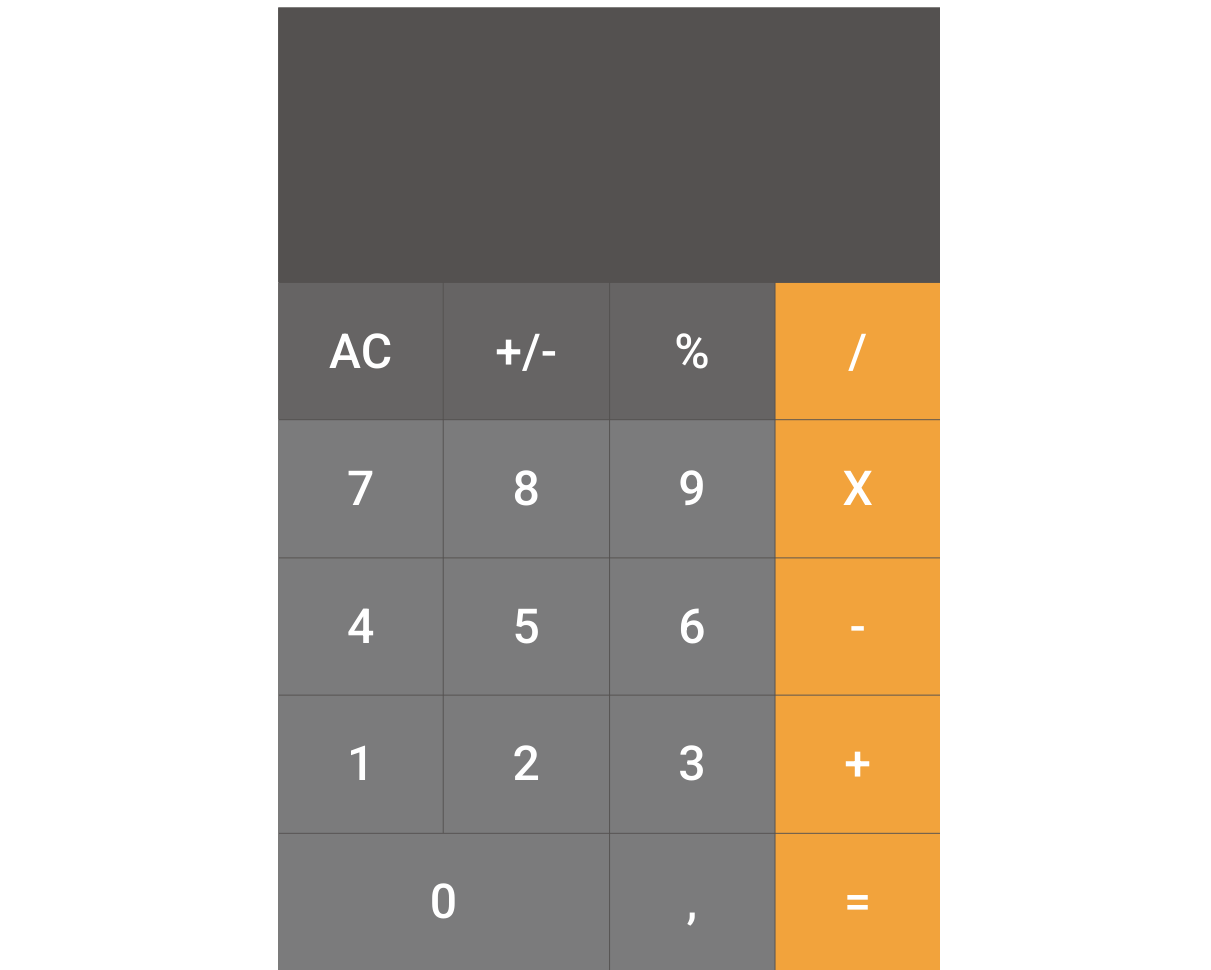
Repository: maciekto/calculatorOOP
Page: index.html
The author's editor kept a copy of each file at every save. The page is drawn from the files as they stood at one save, then again after the next save.
The browser window is 1280 px wide. The page is 1288 px wide, so the pictures cover 1288 px, including what lies to the right of the window. The pictures show the whole page, at 94% of full size.

Above is the page before, as saved 2022-06-19 19:01:33.

### index.html
<!DOCTYPE html>
<html lang="en">
<head>
    <meta charset="UTF-8">
    <meta http-equiv="X-UA-Compatible" content="IE=edge">
    <meta name="viewport" content="width=device-width, initial-scale=1.0">
    <title>Document</title>
    <link rel="stylesheet" href="css.css">


</head>
<body>
    <main>
        <div class="Calc">
            <div class="Calc__result"></div>

            <div class="Calc__reset">
                AC
            </div>
            <div class="Calc__opposite">
                +/-
            </div>
            <div class="Calc__percentages">
                %
            </div>
            <div class="Calc__divide">
                /
            </div>

            <div class="Calc__7">7</div>
            <div class="Calc__8">8</div>
            <div class="Calc__9">9</div>
            <div class="Calc__multiply">
                X
            </div>

            <div class="Calc__4">4</div>
            <div class="Calc__5">5</div>
            <div class="Calc__6">6</div>
            <div class="Calc__substraction">
                -
            </div>

            <div class="Calc__1">1</div>
            <div class="Calc__2">2</div>
            <div class="Calc__3">3</div>
            <div class="Calc__addition">
                +
            </div>

            <div class="Calc__0">0</div>
            <div class="Calc__comma">,</div>
            <div class="Calc__isequal">
                =
            </div>

        </div>
    </main>

    <script src="js.js"></script>
</body>
</html>

### css.css
@import url('https://fonts.googleapis.com/css2?family=Roboto:wght@400;500;700&display=swap');

* {
    font-family: 'Roboto', sans-serif;
    font-weight: 500;
    box-sizing: border-box;
}

main {
    width: 100vw;
    height: 100vh;
    display: grid;
    place-items: center;
}

.Calc {
    max-width: 60vw;
    width: 55vw;
    height: 80vw;
    background: #545150;
    color: white;
    display: grid;
    grid-template-columns: repeat(4, 1fr);
    grid-template-rows: repeat(7, 1fr);
    grid-template-areas:
    "result result result result"
    "result result result result"
    "reset opposite percentages divide"
    "seven eight nine multiply"
    "four five six substraction"
    "one two three addition"
    "zero zero comma isequal"
    ;
    grid-gap: 1px;
    font-size: 4vw;
}
.Calc div {
    display: grid;
    place-items: center;
    background: #7b7b7c;
}
.Calc__result {
    grid-area: result;
    background: #545150 !important;
}
.Calc__reset {
    background: #666464 !important;
}
.Calc__opposite {
    background: #666464 !important;
}
.Calc__percentages {
    background: #666464 !important;
}
.Calc__divide {
    background: #f2a33c !important;
}
.Calc__multiply {
    background: #f2a33c !important;
}
.Calc__substraction {
    background: #f2a33c !important;
}
.Calc__addition {
    background: #f2a33c !important;
}
.Calc__isequal {
    background: #f2a33c !important;
}


.Calc__0 {
    grid-area: zero;
}

### js.js
console.log('siemano')

After the next save:
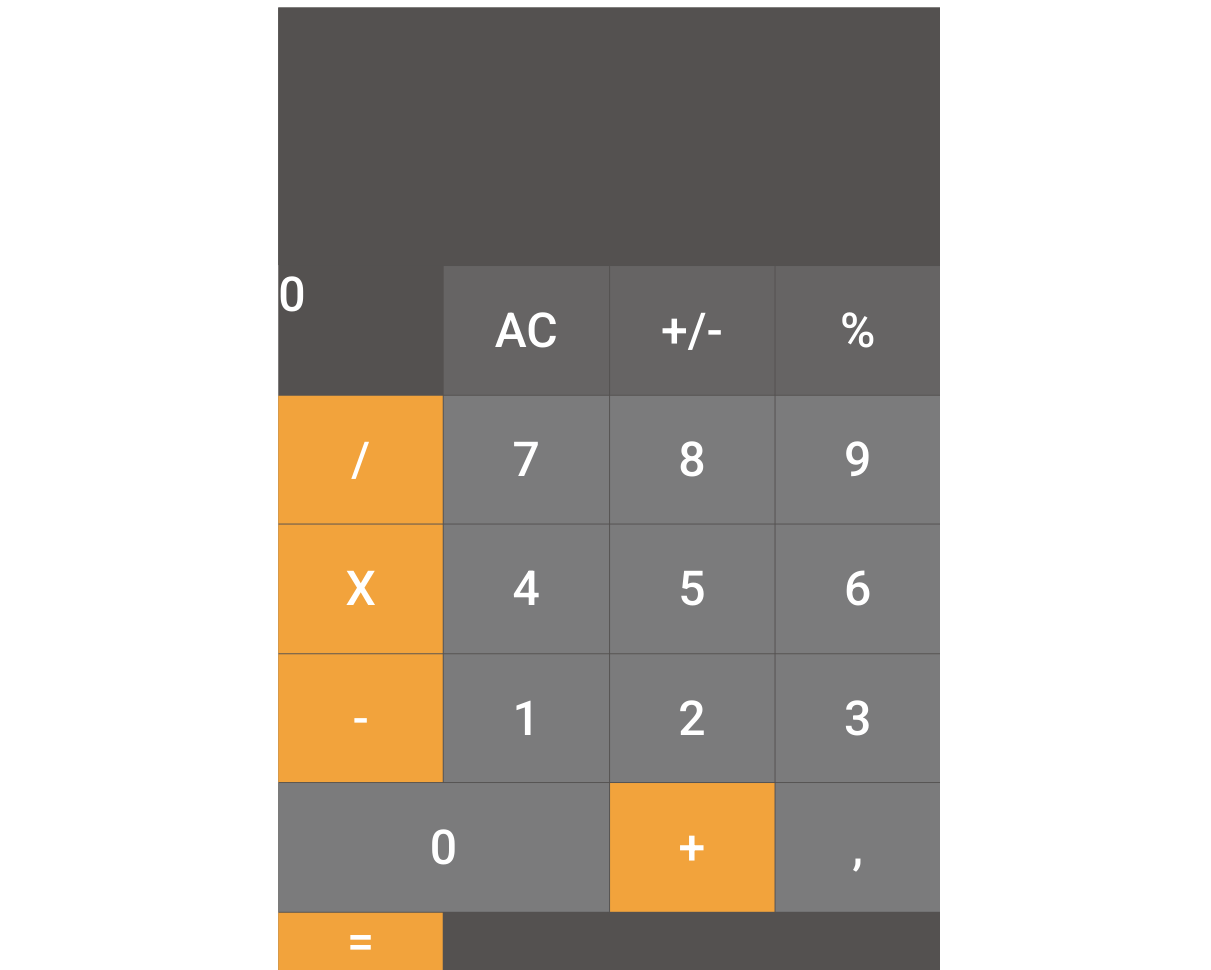
Saved 10 s later.
--- a/index.html
+++ b/index.html
@@ -13,7 +13,7 @@
     <main>
         <div class="Calc">
             <div class="Calc__result"></div>
-
+                0
             <div class="Calc__reset">
                 AC
             </div>

After the save that followed:
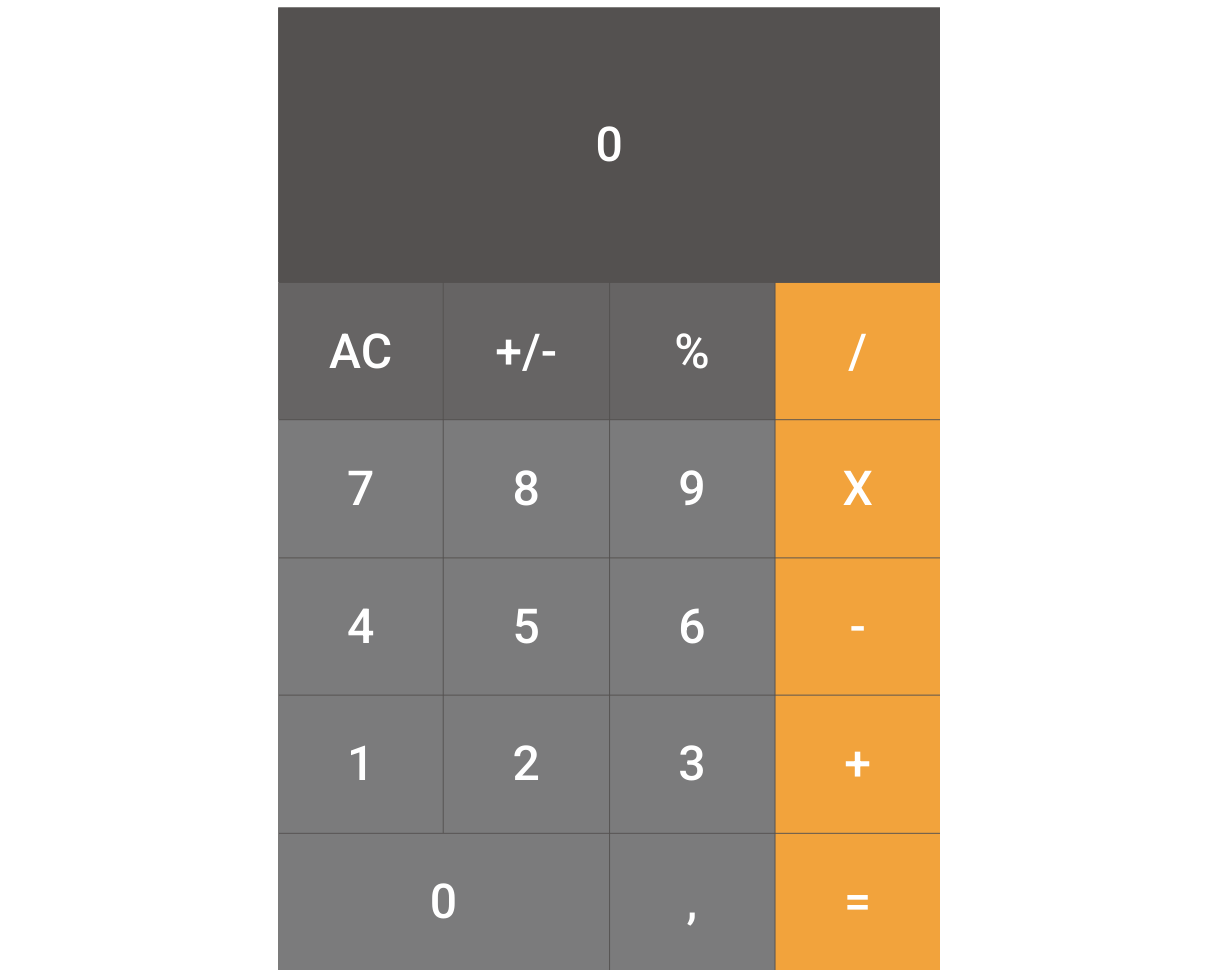
Saved 7 s later.
--- a/index.html
+++ b/index.html
@@ -12,8 +12,8 @@
 <body>
     <main>
         <div class="Calc">
-            <div class="Calc__result"></div>
-                0
+            <div class="Calc__result">0</div>
+
             <div class="Calc__reset">
                 AC
             </div>
